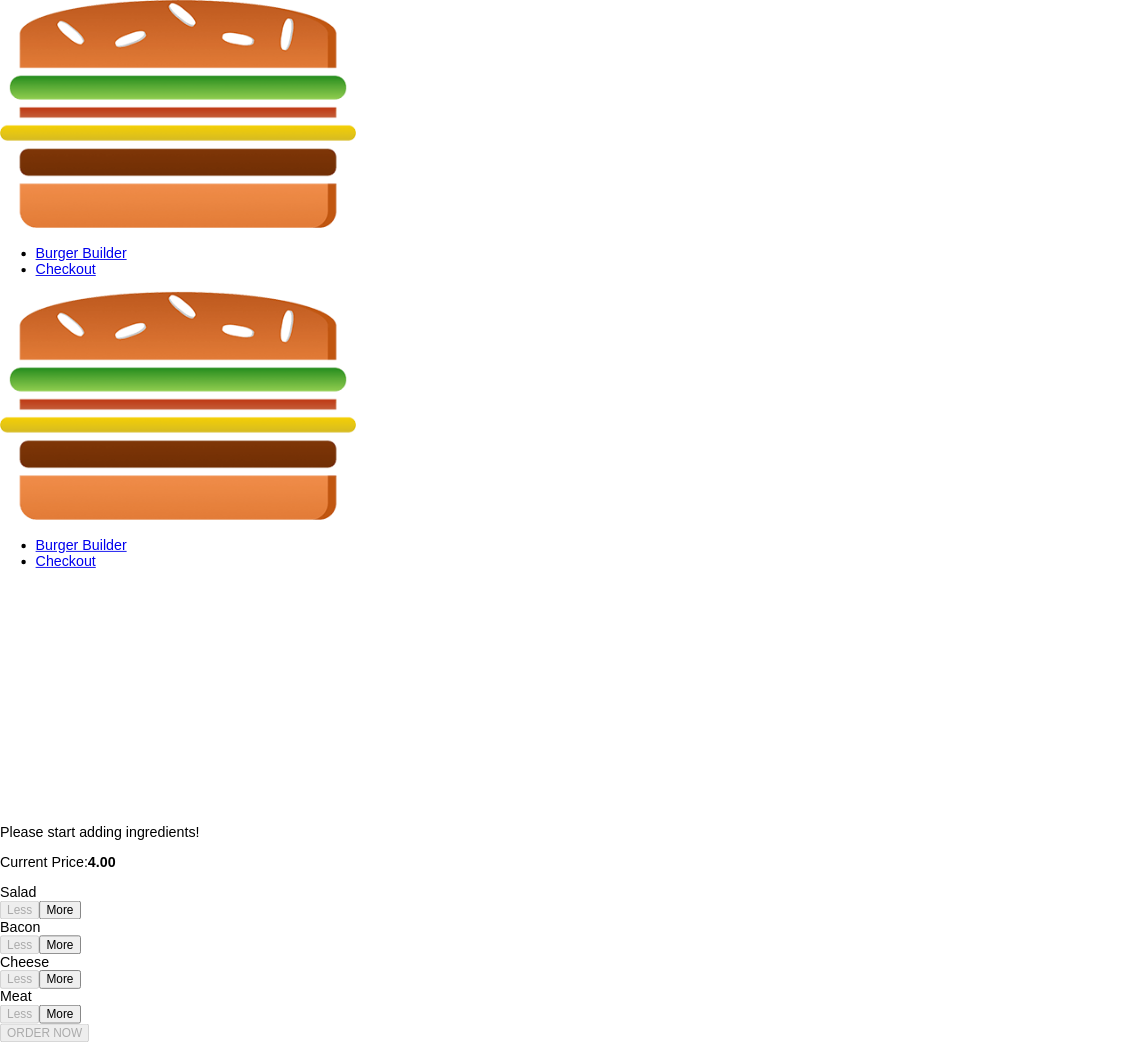
Repository: nidhi-abrol-sethi/react-burger-builder
Page: /
An editor plug-in stored every save of this project. The page is shown before and after the next save, followed by the edit.
The browser window is 1280 px wide. The pictures show the whole page, at 89% of full size.
The page's requests for data from a server got no answer. The project was rebuilt for these pictures with package versions that can differ from the ones it lists, and the page was loaded fresh each time. No one was signed in, and anything a server would have sent is missing. Also part of the build but not shown: src/hoc/Layout/Layout.css, src/components/Navigation/Toolbar/Toolbar.css, src/components/Logo/Logo.css, src/components/Navigation/NavigationItems/NavigationItems.css, src/components/Navigation/NavigationItem/NavigationItem.css, src/components/Navigation/SideDrawer/DrawerToggle/DrawerToggle.css, src/components/UI/Backdrop/Backdrop.css, src/components/Navigation/SideDrawer/SideDrawer.css and 7 more.

Above is the page before, as saved 2020-05-06 06:00:28.

After the next save:
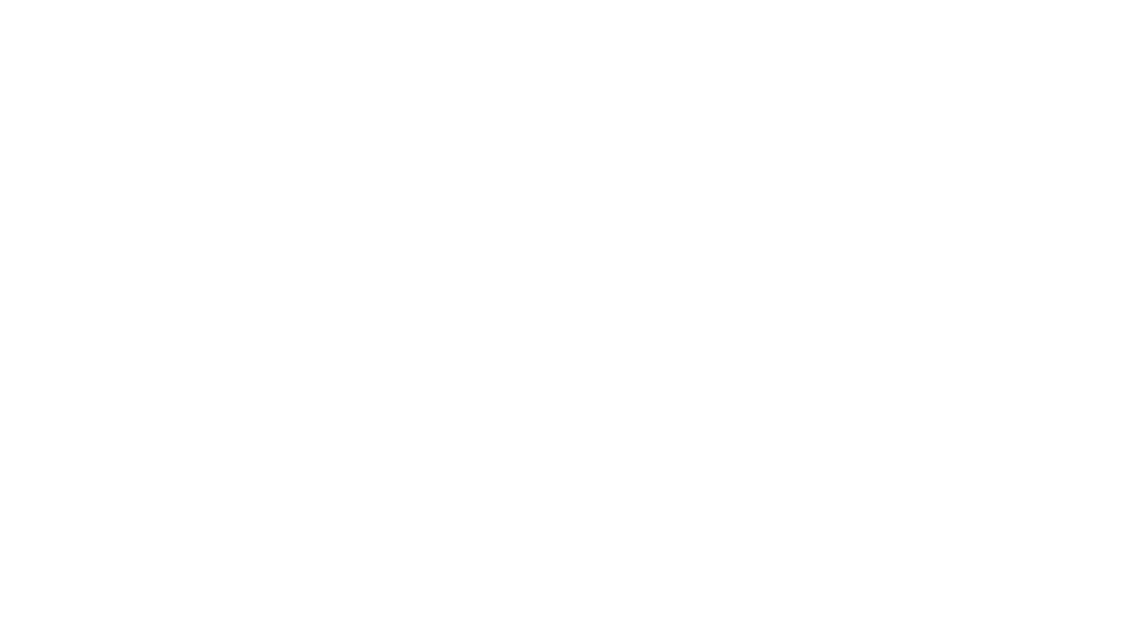
Console error: TypeError: Cannot convert undefined or null to object
Saved 35 min 8 s later.
--- a/src/containers/BurgerBuild/BurgerBuild.js
+++ b/src/containers/BurgerBuild/BurgerBuild.js
@@ -17,17 +17,20 @@
 
 class BurgerBuild extends Component {
   state = {
-    ingredients: {
-      salad: 0,
-      bacon: 0,
-      cheese: 0,
-      meat: 0
-    },
+    ingredients: null,
     purchaseable: false,
     purchasing: false,
     totalPrice: 4,
     loading: false
   };
+
+  componentDidMount() {
+    axios
+      .get("https://react-my-burger-e3b7c.firebaseio.com/ingredients.json")
+      .then(response => {
+        this.setState({ ingredients: response.data });
+      });
+  }
 
   updatePurchaseState(ingredients) {
     const sum = Object.keys(ingredients)

After the save that followed:
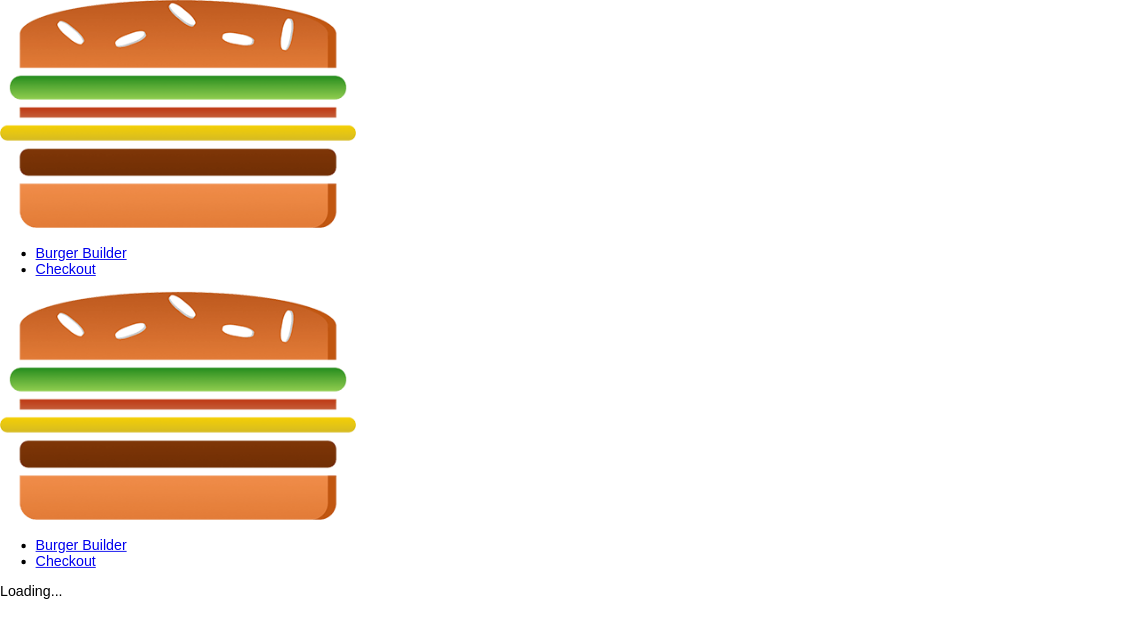
The error is gone.
Saved 9 min 35 s later.
--- a/src/containers/BurgerBuild/BurgerBuild.js
+++ b/src/containers/BurgerBuild/BurgerBuild.js
@@ -115,18 +115,38 @@
     for (let key in disabledInfo) {
       disabledInfo[key] = disabledInfo[key] <= 0;
     }
-    let orderSummary = (
-      <OrderSummary
-        ingredients={this.state.ingredients}
-        price={this.state.totalPrice}
-        purchaseCancelled={this.purchaseCancelHandler}
-        purchaseContinued={this.purchaseContinueHandler}
-      />
-    );
 
+    let orderSummary = null;
+
+    let burger = <Spinner />;
+    if (this.state.ingredients) {
+      burger = (
+        <Aux>
+          <Burger ingredients={this.state.ingredients} />
+
+          <BuildControls
+            ingredientAdded={this.addIngredientHandler}
+            ingredientRemoved={this.removeIngredientHandler}
+            disable={disabledInfo}
+            purchaseable={this.state.purchaseable}
+            ordered={this.purchaseHandler}
+            price={this.state.totalPrice}
+          />
+        </Aux>
+      );
+      orderSummary = (
+        <OrderSummary
+          ingredients={this.state.ingredients}
+          price={this.state.totalPrice}
+          purchaseCancelled={this.purchaseCancelHandler}
+          purchaseContinued={this.purchaseContinueHandler}
+        />
+      );
+    }
     if (this.state.loading) {
       orderSummary = <Spinner />;
     }
+
     return (
       <Aux>
         <Modal
@@ -135,16 +155,7 @@
         >
           {orderSummary}
         </Modal>
-        <Burger ingredients={this.state.ingredients} />
-
-        <BuildControls
-          ingredientAdded={this.addIngredientHandler}
-          ingredientRemoved={this.removeIngredientHandler}
-          disable={disabledInfo}
-          purchaseable={this.state.purchaseable}
-          ordered={this.purchaseHandler}
-          price={this.state.totalPrice}
-        />
+        {burger}
       </Aux>
     );
   }
